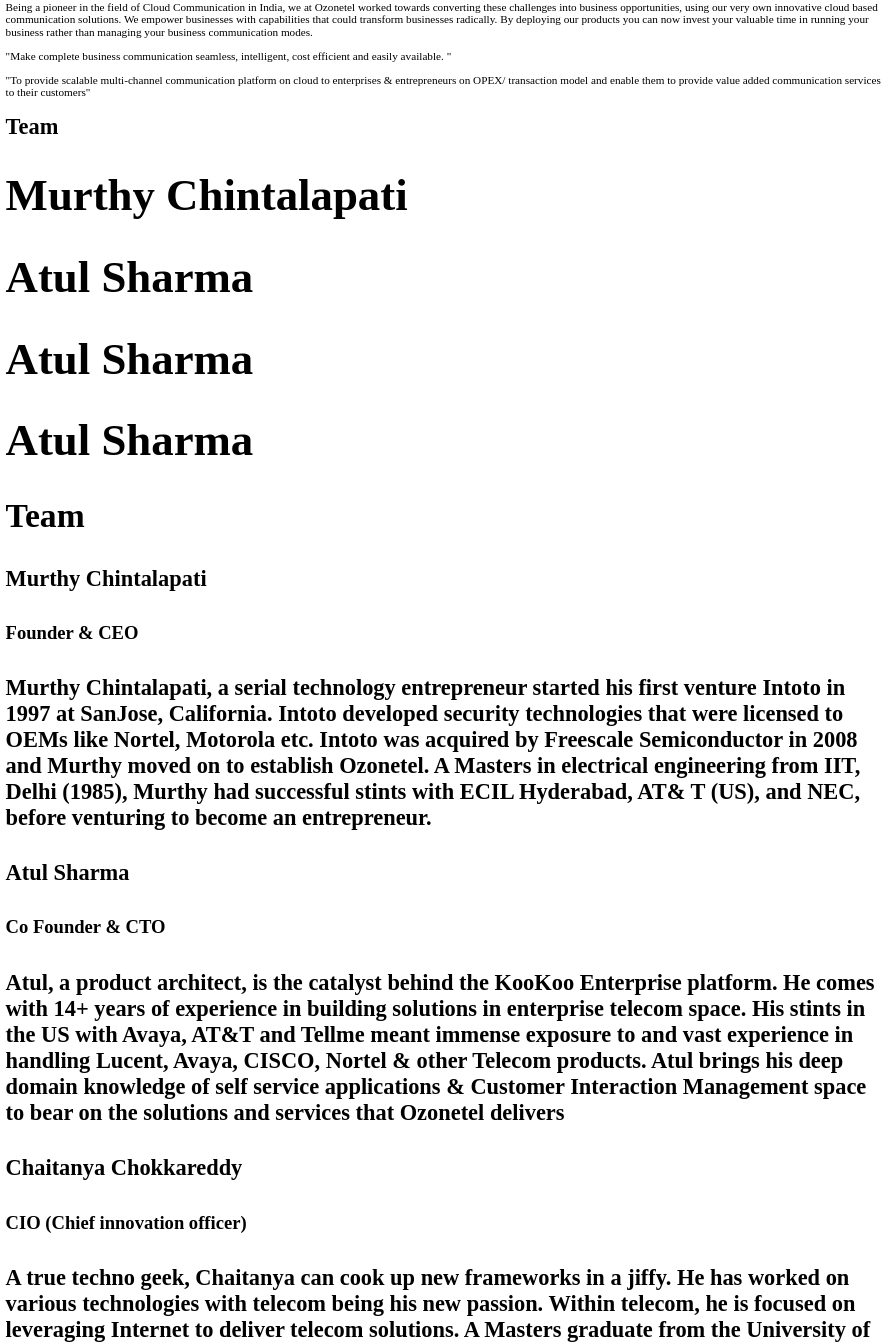
Repository: ashutosh238/ozonetelblogsite
Page: OzonetelBlogSiteFrontEnd/Web/c_aboutUs/AboutUs.html
An editor plug-in stored every save of this project. The page is shown before and after the next save, followed by the edit.
The browser window is 1280 px wide. The pictures show the part of the page from y = 568 to 2488 px (the page is 3686 px tall before and 3675 px after), at 70% of full size.

Above is the page before, as saved 2019-01-08 11:19:43.

After the next save:
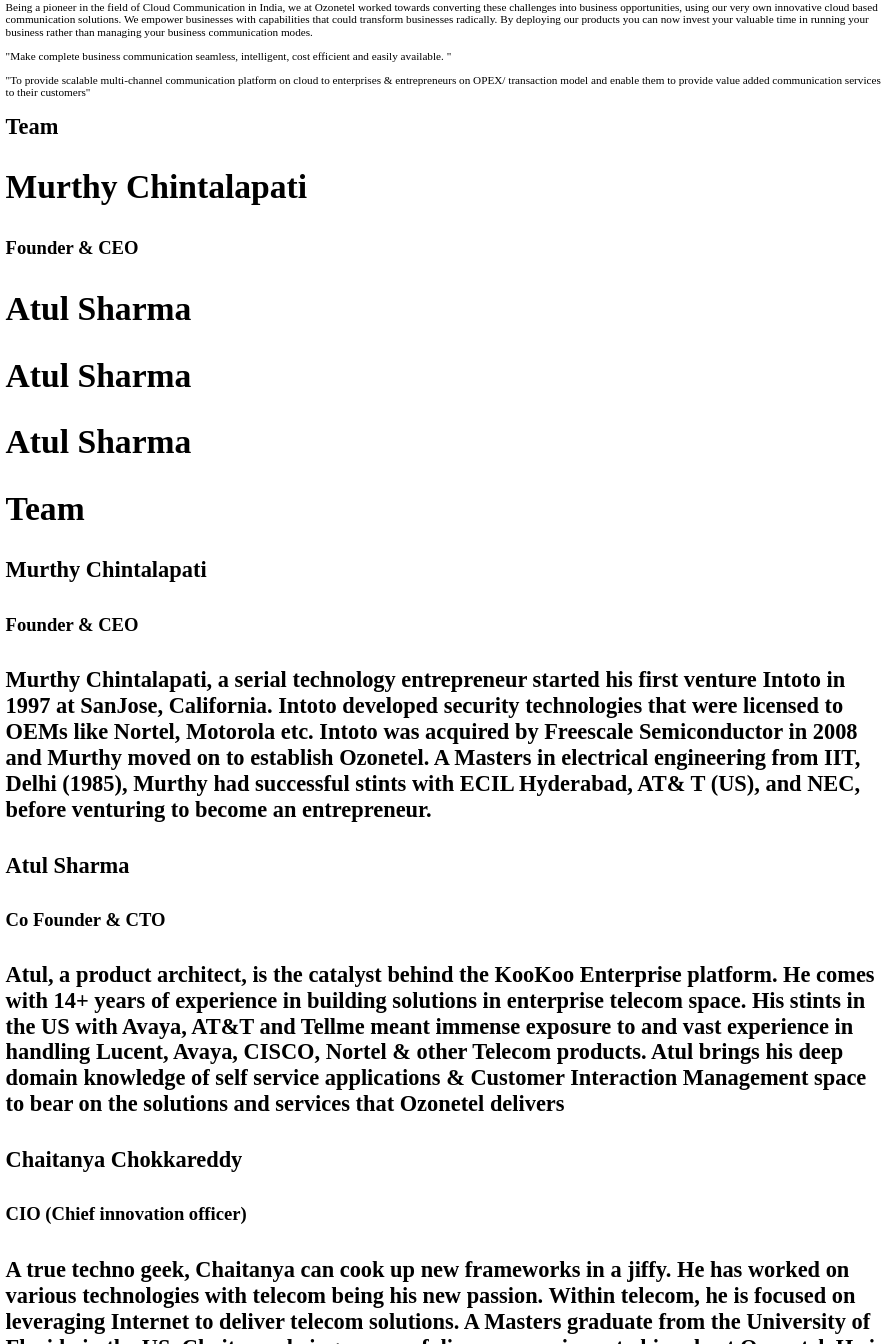
Saved 2 min 1 s later.
--- a/OzonetelBlogSiteFrontEnd/Web/c_aboutUs/AboutUs.html
+++ b/OzonetelBlogSiteFrontEnd/Web/c_aboutUs/AboutUs.html
@@ -93,16 +93,17 @@
 		<div class="container">
 			<div class="row">
 				<div class="col-md-6">
-					<h1>Murthy Chintalapati</h1>
-				</div>
-				<div class="col-md-6">
-					<h1>Atul Sharma</h1>
-				</div>
-				<div class="col-md-6">
-					<h1>Atul Sharma</h1>
-				</div>
-				<div class="col-md-6">
-					<h1>Atul Sharma</h1>
+					<h2>Murthy Chintalapati</h1>
+					<h5 class="text-warning">Founder & CEO</h5>
+				</div>
+				<div class="col-md-6">
+					<h2>Atul Sharma</h1>
+				</div>
+				<div class="col-md-6">
+					<h2>Atul Sharma</h1>
+				</div>
+				<div class="col-md-6">
+					<h2>Atul Sharma</h1>
 				</div>
 				</div>
 				</div></div>
